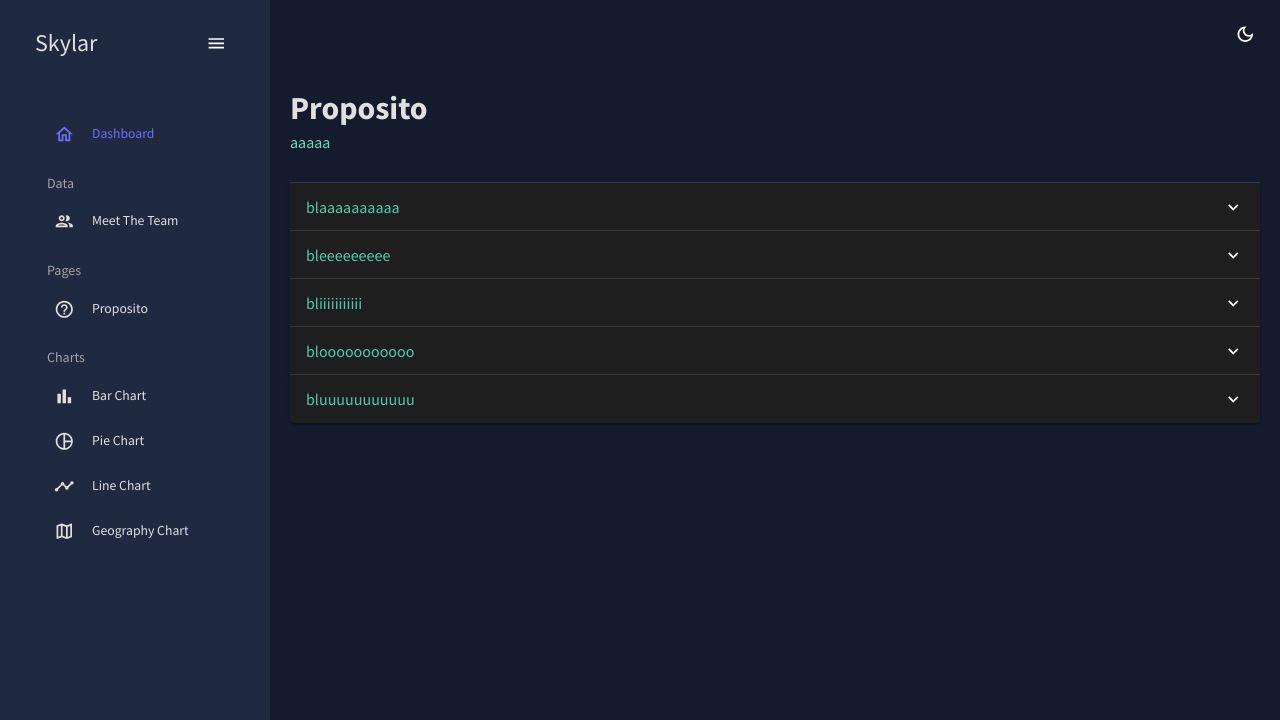
Repository: Carpinteron/Dashboard-DatabaseProject
Page: /faq (app in react-admin-dashboard-master/)
These files come from the project's save history. The page is drawn as it stood at one moment and after the next save; the edit follows.
The browser window is 1280 px wide. The pictures show the whole page.
The project was rebuilt for these pictures with package versions that can differ from the ones it lists, and the page was loaded fresh each time. Also part of the build but not shown: react-admin-dashboard-master/src/data/mockData.js, react-admin-dashboard-master/src/components/LineChart.jsx, react-admin-dashboard-master/src/components/GeographyChart.jsx, react-admin-dashboard-master/src/components/BarChart.jsx, react-admin-dashboard-master/src/components/BarChart2.jsx, react-admin-dashboard-master/src/components/ProgressCircle.jsx, react-admin-dashboard-master/src/components/StatBox.jsx, react-admin-dashboard-master/src/scenes/dashboard/index.jsx and 8 more.

Above is the page before, as saved 2025-05-06 03:36:13.

### react-admin-dashboard-master/public/index.html
<!DOCTYPE html>
<html lang="en">
  <head>
    <meta charset="utf-8" />
    <link rel="icon" type="image/png" href="%PUBLIC_URL%/logoprueba.png" />
    <meta name="viewport" content="width=device-width, initial-scale=1" />
    <meta name="theme-color" content="#000000" />
    <meta
      name="description"
      content="Web site created using create-react-app"
    />
    <link rel="apple-touch-icon" href="%PUBLIC_URL%/logo192.png" />
    <!--
      manifest.json provides metadata used when your web app is installed on a
      user's mobile device or desktop. See https://developers.google.com/web/fundamentals/web-app-manifest/
    -->
    <link rel="manifest" href="%PUBLIC_URL%/manifest.json" />
    <!--
      Notice the use of %PUBLIC_URL% in the tags above.
      It will be replaced with the URL of the `public` folder during the build.
      Only files inside the `public` folder can be referenced from the HTML.

      Unlike "/favicon.ico" or "favicon.ico", "%PUBLIC_URL%/favicon.ico" will
      work correctly both with client-side routing and a non-root public URL.
      Learn how to configure a non-root public URL by running `npm run build`.
    -->
    <title>Skylar</title>
  </head>
  <body>
    <noscript>You need to enable JavaScript to run this app.</noscript>
    <div id="root"></div>
    <!--
      This HTML file is a template.
      If you open it directly in the browser, you will see an empty page.

      You can add webfonts, meta tags, or analytics to this file.
      The build step will place the bundled scripts into the <body> tag.

      To begin the development, run `npm start` or `yarn start`.
      To create a production bundle, use `npm run build` or `yarn build`.
    -->
  </body>
</html>

### react-admin-dashboard-master/src/index.js
import React from "react";
import ReactDOM from "react-dom/client";
import "./index.css";
import 'leaflet/dist/leaflet.css';

import App from "./App";
import { BrowserRouter } from "react-router-dom";

const root = ReactDOM.createRoot(document.getElementById("root"));
root.render(
  <React.StrictMode>
    <BrowserRouter>
      <App />
    </BrowserRouter>
  </React.StrictMode>
);

### react-admin-dashboard-master/src/index.css
@import url("https://fonts.googleapis.com/css2?family=Source+Sans+Pro:wght@400;600;700&display=swap");

html,
body,
#root,
.app,
.content {
  height: 100%;
  width: 100%;
  font-family: "Source Sans Pro", sans-serif;
}

.app {
  display: flex;
  position: relative;
}

::-webkit-scrollbar {
  width: 10px;
}

/* Track */
::-webkit-scrollbar-track {
  background: #e0e0e0;
}

/* Handle */
::-webkit-scrollbar-thumb {
  background: #888;
}

/* Handle on hover */
::-webkit-scrollbar-thumb:hover {
  background: #555;
}
/*
.leaflet-container .leaflet-popup-content-wrapper {
  background-color: #141b2d !important;
  color: #f1f1f1 !important;
  border-radius: 8px !important;
  box-shadow: 0 0 10px rgba(0,0,0,0.5) !important;
}

.leaflet-container .leaflet-popup-tip {
  background-color: #2c2c2c !important;
}*/

### react-admin-dashboard-master/src/App.js
import { useState } from "react";
import { Routes, Route } from "react-router-dom";
import Topbar from "./scenes/global/Topbar";
import Sidebar from "./scenes/global/Sidebar";
import Dashboard from "./scenes/dashboard";
import Team from "./scenes/team";
import 'leaflet/dist/leaflet.css';
import './index.css';


import Bar from "./scenes/bar";
import Bar2 from "./scenes/bar2";
import Form from "./scenes/form";
import Line from "./scenes/line";
import Pie from "./scenes/pie";
import FAQ from "./scenes/faq";
import Geography from "./scenes/geography";
import { CssBaseline, ThemeProvider } from "@mui/material";
import { ColorModeContext, useMode } from "./theme";


function App() {
  const [theme, colorMode] = useMode();
  const [isSidebar, setIsSidebar] = useState(true);

  return (
    <ColorModeContext.Provider value={colorMode}>
      <ThemeProvider theme={theme}>
        <CssBaseline />
        <div className="app">
          <Sidebar isSidebar={isSidebar} />
          <main className="content">
            <Topbar setIsSidebar={setIsSidebar} />
            <Routes>
              <Route path="/" element={<Dashboard />} />
              <Route path="/team" element={<Team />} />
              <Route path="/form" element={<Form />} />
              <Route path="/bar" element={<Bar />} />
              <Route path="/bar2" element={<Bar2 />} />
              <Route path="/pie" element={<Pie />} />
              <Route path="/line" element={<Line />} />
              <Route path="/faq" element={<FAQ />} />
              <Route path="/geography" element={<Geography />} />
            </Routes>
          </main>
        </div>
      </ThemeProvider>
    </ColorModeContext.Provider>
  );
}

export default App;

### react-admin-dashboard-master/src/scenes/global/Topbar.jsx
import { Box, IconButton, useTheme } from "@mui/material";
import { useContext } from "react";
import { ColorModeContext, tokens } from "../../theme.js";

import LightModeOutlinedIcon from "@mui/icons-material/LightModeOutlined";
import DarkModeOutlinedIcon from "@mui/icons-material/DarkModeOutlined";
import NotificationsOutlinedIcon from "@mui/icons-material/NotificationsOutlined";
import RefreshOutlinedIcon from '@mui/icons-material/RefreshOutlined';
import SettingsOutlinedIcon from "@mui/icons-material/SettingsOutlined";
import PersonOutlinedIcon from "@mui/icons-material/PersonOutlined";
import SearchIcon from "@mui/icons-material/Search";
import styled from "@emotion/styled";
import InputBase from "@mui/material/InputBase";




const styledBox = styled(Box);





const Topbar = () => {
  const theme = useTheme();
  const colors = tokens(theme.palette.mode);
  const colorMode = useContext(ColorModeContext);



  return (
    <Box display="flex" justifyContent="right" gap={2} p={2}>
      {/* SEARCH BAR */}



      {/* ICONS */}
      <Box display="flex">
        <IconButton onClick={colorMode.toggleColorMode}>
          {theme.palette.mode === "dark" ? (
            <DarkModeOutlinedIcon />
          ) : (
            <LightModeOutlinedIcon />
          )}
        </IconButton>

        {/*<IconButton>
          <SettingsOutlinedIcon />
        </IconButton>
        <IconButton>
          <PersonOutlinedIcon />
        </IconButton>*/}
      </Box>
    </Box>
  );
};

export default Topbar;

### react-admin-dashboard-master/src/scenes/global/Sidebar.jsx
import { useState } from "react";
import { ProSidebar, Menu, MenuItem } from "react-pro-sidebar";
import { Box, IconButton, Typography, useTheme } from "@mui/material";
import { Link } from "react-router-dom";
import "react-pro-sidebar/dist/css/styles.css";
import { tokens } from "../../theme";
import HomeOutlinedIcon from "@mui/icons-material/HomeOutlined";
import PeopleOutlinedIcon from "@mui/icons-material/PeopleOutlined";
import ContactsOutlinedIcon from "@mui/icons-material/ContactsOutlined";
import ReceiptOutlinedIcon from "@mui/icons-material/ReceiptOutlined";
import PersonOutlinedIcon from "@mui/icons-material/PersonOutlined";
import CalendarTodayOutlinedIcon from "@mui/icons-material/CalendarTodayOutlined";
import HelpOutlineOutlinedIcon from "@mui/icons-material/HelpOutlineOutlined";
import BarChartOutlinedIcon from "@mui/icons-material/BarChartOutlined";
import PieChartOutlineOutlinedIcon from "@mui/icons-material/PieChartOutlineOutlined";
import TimelineOutlinedIcon from "@mui/icons-material/TimelineOutlined";
import MenuOutlinedIcon from "@mui/icons-material/MenuOutlined";
import MapOutlinedIcon from "@mui/icons-material/MapOutlined";

const Item = ({ title, to, icon, selected, setSelected }) => {
  const theme = useTheme();
  const colors = tokens(theme.palette.mode);
  return (
    <MenuItem
      active={selected === title}
      style={{
        color: colors.grey[100],
      }}
      onClick={() => setSelected(title)}
      icon={icon}
    >
      <Typography>{title}</Typography>
      <Link to={to} />
    </MenuItem>
  );
};

const Sidebar = () => {
  const theme = useTheme();
  const colors = tokens(theme.palette.mode);
  const [isCollapsed, setIsCollapsed] = useState(false);
  const [selected, setSelected] = useState("Dashboard");

  return (
    <Box
      sx={{

        "& .pro-sidebar-inner": {
          background: `${colors.primary[400]} !important`,
        },
        "& .pro-icon-wrapper": {
          backgroundColor: "transparent !important",
        },
        "& .pro-inner-item": {
          padding: "5px 35px 5px 20px !important",
        },
        "& .pro-inner-item:hover": {
          color: "#868dfb !important",
        },
        "& .pro-menu-item.active": {
          color: "#6870fa !important",
        },
      }}
    >
      <ProSidebar collapsed={isCollapsed}>
        <Menu iconShape="square">
          {/* LOGO AND MENU ICON */}
          <MenuItem
            onClick={() => setIsCollapsed(!isCollapsed)}
            icon={isCollapsed ? <MenuOutlinedIcon /> : undefined}
            style={{
              margin: "10px 0 20px 0",
              color: colors.grey[100],
            }}
          >
            {!isCollapsed && (
              <Box
                display="flex"
                justifyContent="space-between"
                alignItems="center"
                ml="15px"
              >
                <Typography variant="h3" color={colors.grey[100]}>
                  Skylar
                </Typography>
                <IconButton onClick={() => setIsCollapsed(!isCollapsed)}>
                  <MenuOutlinedIcon />
                </IconButton>
              </Box>

            )}
          </MenuItem>

          {!isCollapsed && (
            <Box mb="25px">
              <Box display="flex" justifyContent="center" alignItems="center">

              </Box>
              <Box textAlign="center">
                <Typography
                  variant="h2"
                  color={colors.grey[100]}
                  fontWeight="bold"
                  sx={{ m: "10px 0 0 0" }}
                >

                </Typography>
                <Typography variant="h5" color={colors.greenAccent[500]}>
                </Typography>
              </Box>
            </Box>
          )}

          <Box paddingLeft={isCollapsed ? undefined : "10%"}>
            <Item
              title="Dashboard"
              to="/"
              icon={<HomeOutlinedIcon />}
              selected={selected}
              setSelected={setSelected}
            />

            <Typography
              variant="h6"
              color={colors.grey[300]}
              sx={{ m: "15px 0 5px 20px" }}
            >
              Data
            </Typography>
            <Item
              title="Meet The Team"
              to="/team"
              icon={<PeopleOutlinedIcon />}
              selected={selected}
              setSelected={setSelected}
            />

            <Typography
              variant="h6"
              color={colors.grey[300]}
              sx={{ m: "15px 0 5px 20px" }}
            >
              Pages
            </Typography>

            <Item
              title="Proposito"
              to="/faq"
              icon={<HelpOutlineOutlinedIcon />}
              selected={selected}
              setSelected={setSelected}
            />

            <Typography
              variant="h6"
              color={colors.grey[300]}
              sx={{ m: "15px 0 5px 20px" }}
            >
              Charts
            </Typography>
            <Item
              title="Bar Chart"
              to="/bar"
              icon={<BarChartOutlinedIcon />}
              selected={selected}
              setSelected={setSelected}
            />


            <Item
              title="Pie Chart"
              to="/pie"
              icon={<PieChartOutlineOutlinedIcon />}
              selected={selected}
              setSelected={setSelected}
            />
            <Item
              title="Line Chart"
              to="/line"
              icon={<TimelineOutlinedIcon />}
              selected={selected}
              setSelected={setSelected}
            />
            <Item
              title="Geography Chart"
              to="/geography"
              icon={<MapOutlinedIcon />}
              selected={selected}
              setSelected={setSelected}
            />
          </Box>
        </Menu>
      </ProSidebar>
    </Box>
  );
};

export default Sidebar;

### react-admin-dashboard-master/src/scenes/faq/index.jsx
import { Box, useTheme } from "@mui/material";
import Header from "../../components/Header";
import Accordion from "@mui/material/Accordion";
import AccordionSummary from "@mui/material/AccordionSummary";
import AccordionDetails from "@mui/material/AccordionDetails";
import Typography from "@mui/material/Typography";
import ExpandMoreIcon from "@mui/icons-material/ExpandMore";
import { tokens } from "../../theme";
import { useEffect } from "react";

const FAQ = () => {
  useEffect(() => {
      document.title = "Proposito - Skylar";
    }, []);
  const theme = useTheme();
  const colors = tokens(theme.palette.mode);
  return (
    <Box m="20px">
      <Header title="Proposito" subtitle="aaaaa" />

      <Accordion falseExpanded>
        <AccordionSummary expandIcon={<ExpandMoreIcon />}>
          <Typography color={colors.greenAccent[500]} variant="h5">
           blaaaaaaaaaa
          </Typography>
        </AccordionSummary>
        <AccordionDetails>
          <Typography>
            bla bla bla bla
          </Typography>
        </AccordionDetails>
      </Accordion>
      <Accordion falseExpanded>
        <AccordionSummary expandIcon={<ExpandMoreIcon />}>
          <Typography color={colors.greenAccent[500]} variant="h5">
           bleeeeeeeee
          </Typography>
        </AccordionSummary>
        <AccordionDetails>
          <Typography>
            ble ble ble ble
          </Typography>
        </AccordionDetails>
      </Accordion>
      <Accordion falseExpanded>
        <AccordionSummary expandIcon={<ExpandMoreIcon />}>
          <Typography color={colors.greenAccent[500]} variant="h5">
            bliiiiiiiiiii
          </Typography>
        </AccordionSummary>
        <AccordionDetails>
          <Typography>
            bli bli bli bli
          </Typography>
        </AccordionDetails>
      </Accordion>
      <Accordion falseExpanded>
        <AccordionSummary expandIcon={<ExpandMoreIcon />}>
          <Typography color={colors.greenAccent[500]} variant="h5">
            blooooooooooo
          </Typography>
        </AccordionSummary>
        <AccordionDetails>
          <Typography>
            blo blo blo blo
          </Typography>
        </AccordionDetails>
      </Accordion>
      <Accordion falseExpanded>
        <AccordionSummary expandIcon={<ExpandMoreIcon />}>
          <Typography color={colors.greenAccent[500]} variant="h5">
           bluuuuuuuuuuu
          </Typography>
        </AccordionSummary>
        <AccordionDetails>
          <Typography>
            blu blu blu blu
          </Typography>
        </AccordionDetails>
      </Accordion>
    </Box>
  );
};

export default FAQ;

Loaded but not shown: react-admin-dashboard-master/src/components/Header.jsx (common file); react-admin-dashboard-master/src/theme.js (214 lines, source omitted)

After the next save:
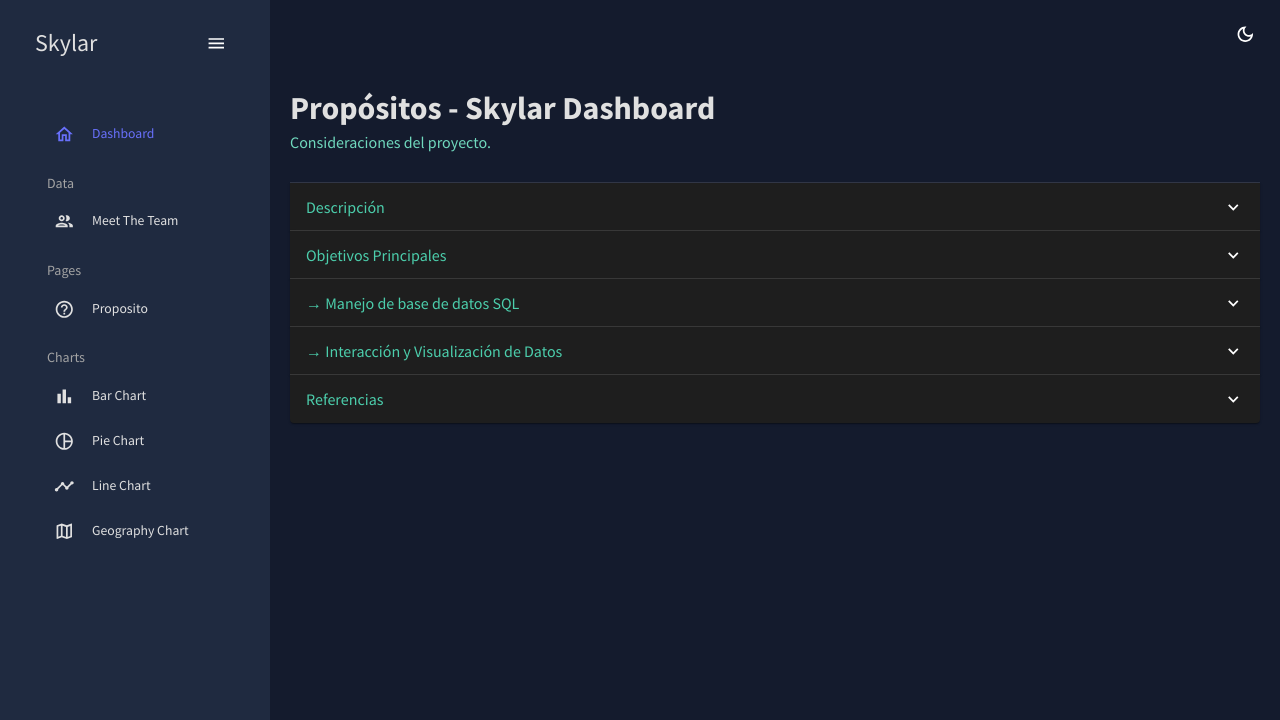
Saved 8 h 29 min later.
--- a/react-admin-dashboard-master/src/scenes/faq/index.jsx
+++ b/react-admin-dashboard-master/src/scenes/faq/index.jsx
@@ -1,4 +1,4 @@
-import { Box, useTheme } from "@mui/material";
+import { List, ListItem, ListItemText, Link, Box, useTheme } from "@mui/material";
 import Header from "../../components/Header";
 import Accordion from "@mui/material/Accordion";
 import AccordionSummary from "@mui/material/AccordionSummary";
@@ -10,71 +10,102 @@ import { useEffect } from "react";
 
 const FAQ = () => {
   useEffect(() => {
-      document.title = "Proposito - Skylar";
-    }, []);
+    document.title = "Propósitos - Skylar";
+  }, []);
   const theme = useTheme();
   const colors = tokens(theme.palette.mode);
   return (
     <Box m="20px">
-      <Header title="Proposito" subtitle="aaaaa" />
+      <Header title="Propósitos - Skylar Dashboard" subtitle="Consideraciones del proyecto." />
 
       <Accordion falseExpanded>
         <AccordionSummary expandIcon={<ExpandMoreIcon />}>
           <Typography color={colors.greenAccent[500]} variant="h5">
-           blaaaaaaaaaa
+            Descripción
           </Typography>
         </AccordionSummary>
         <AccordionDetails>
-          <Typography>
-            bla bla bla bla
+          <Typography >
+          El proyecto consiste en el desarrollo de un dashboard interactivo que gestiona y visualiza información proveniente de una base de datos de vuelos en Estados Unidos.
+           Además, se integra con una API externa para mantener actualizado el registro de los vuelos.
+           Esta herramienta tiene como objetivo facilitar la consulta, análisis y monitoreo de la información aeroportuaria en una sola interfaz intuitiva.
           </Typography>
         </AccordionDetails>
       </Accordion>
       <Accordion falseExpanded>
         <AccordionSummary expandIcon={<ExpandMoreIcon />}>
           <Typography color={colors.greenAccent[500]} variant="h5">
-           bleeeeeeeee
+            Objetivos Principales
           </Typography>
         </AccordionSummary>
         <AccordionDetails>
           <Typography>
-            ble ble ble ble
+          • Implementar los conocimientos adquiridos en bases de datos SQL.<br />
+          <br />
+          • Conectar una base de datos real para visualizar datos dinámicos mediante un sitio web interactivo. <br />
+          <br />
+          • Integrar los datos a una API que permita actualizar automáticamente parte de la información.<br />
           </Typography>
         </AccordionDetails>
       </Accordion>
       <Accordion falseExpanded>
         <AccordionSummary expandIcon={<ExpandMoreIcon />}>
           <Typography color={colors.greenAccent[500]} variant="h5">
-            bliiiiiiiiiii
+          → Manejo de base de datos SQL
           </Typography>
         </AccordionSummary>
         <AccordionDetails>
-          <Typography>
-            bli bli bli bli
+          <Typography component={"div"}>
+          • Mostrar datos actualizados directamente desde la base de datos.
+          <br />
+          • Diseñar consultas SQL optimizadas que generen datos relevantes para el usuario.
+          <br />
+          • Incluir información clave como el número de vuelos, aeropuertos o rutas más populares.
           </Typography>
         </AccordionDetails>
       </Accordion>
       <Accordion falseExpanded>
         <AccordionSummary expandIcon={<ExpandMoreIcon />}>
           <Typography color={colors.greenAccent[500]} variant="h5">
-            blooooooooooo
+          → Interacción y Visualización de Datos
           </Typography>
         </AccordionSummary>
         <AccordionDetails>
-          <Typography>
-            blo blo blo blo
+          <Typography component={"div"}>
+          • Permitir la comparación de tendencias entre diferentes aspectos como periodos o rutas.
+          <br />
+          • Organizar datos relevantes de la base de datos para que sea facil de buscar y entender.
+          <br />
+          • Usar herramientas visuales que permitan identificar datos rápidamente.
           </Typography>
         </AccordionDetails>
       </Accordion>
       <Accordion falseExpanded>
         <AccordionSummary expandIcon={<ExpandMoreIcon />}>
           <Typography color={colors.greenAccent[500]} variant="h5">
-           bluuuuuuuuuuu
+            Referencias
           </Typography>
         </AccordionSummary>
-        <AccordionDetails>
-          <Typography>
-            blu blu blu blu
+        <AccordionDetails >
+          <Typography component="div">
+            Hacer referencia a las fuentes de datos, como se obtuvieron, que se hizo con ellos, etc.
+            Txeto largo, links.
+            <ul style={{ marginTop: 0, paddingLeft: '20px' }}>
+              <li>Fuente de datos 1: Obtenida mediante API de Aerodatabox.</li>
+              <li>Fuente de datos 2: Dataset público de vuelos (2023).</li>
+              <li>Procesamiento: Limpieza con Python y Pandas.</li>
+              <li>
+                Dataset disponible en:
+                <a
+                  href="https://ejemplo.com/dataset"
+                  target="_blank"
+                  rel="noopener noreferrer"
+                  style={{ color: '#1976d2', marginLeft: '5px' }}
+                >
+                  enlace al dataset
+                </a>
+              </li>
+            </ul>
           </Typography>
         </AccordionDetails>
       </Accordion>
